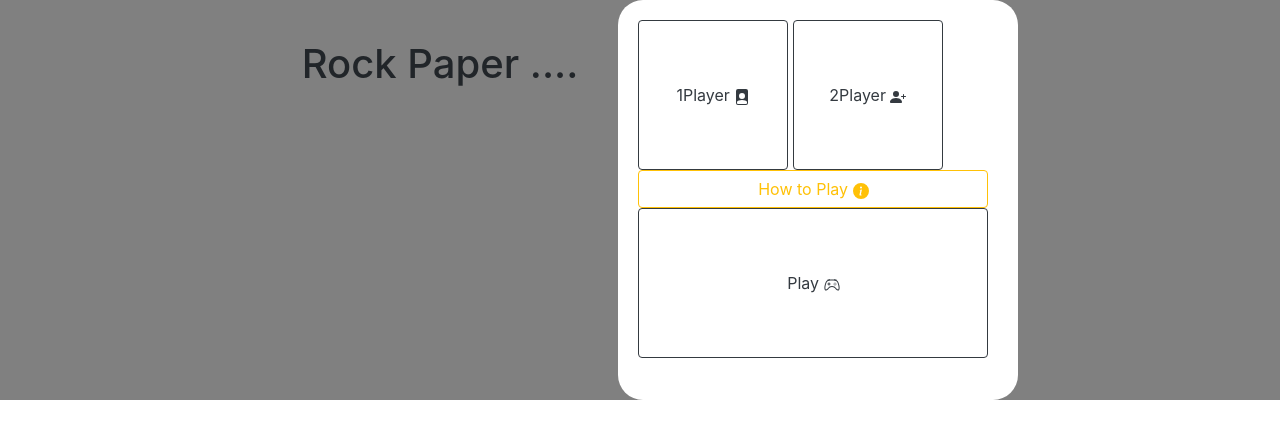
Repository: hossamsulleman1/Colllege-rock-paper-game
Page: index.html
These files come from the project's save history. The page is drawn as it stood at one moment and after the next save; the edit follows.
The browser window is 1280 px wide. The pictures show the whole page.

Above is the page before, as saved 2020-09-15 10:47:40.
Console error: SyntaxError: Unexpected token '<'

### index.html
<!DOCTYPE html>
<html lang="en">
<head>
    <script src="index.js"></script>
    <link rel="stylesheet" href="index.css">

    <meta charset="UTF-8">
    <meta name="viewport" content="width=device-width, initial-scale=1.0">
    <title>Rock Paper...</title>
</head>
<body>
   <div class="wall">
      <h1 style="padding: 40px; text-align: center;">Rock Paper .... </h1>
    <div class="mainCard">
<button style="height: 150px; width: 150px; padding: 20px;" class="btn btn-outline-dark">
    1Player
    <svg width="1em" height="1em" viewBox="0 0 16 16" class="bi bi-file-person-fill" fill="currentColor" xmlns="http://www.w3.org/2000/svg">
        <path fill-rule="evenodd" d="M12 0H4a2 2 0 0 0-2 2v12a2 2 0 0 0 2 2h8a2 2 0 0 0 2-2V2a2 2 0 0 0-2-2zm-1 7a3 3 0 1 1-6 0 3 3 0 0 1 6 0zm-3 4c2.623 0 4.146.826 5 1.755V14a1 1 0 0 1-1 1H4a1 1 0 0 1-1-1v-1.245C3.854 11.825 5.377 11 8 11z"/>
      </svg>
</button>
<button style="height: 150px; width: 150px; padding: 20px;"class="btn btn-outline-dark">
    2Player
    <svg width="1em" height="1em" viewBox="0 0 16 16" class="bi bi-person-plus-fill" fill="currentColor" xmlns="http://www.w3.org/2000/svg">
        <path fill-rule="evenodd" d="M1 14s-1 0-1-1 1-4 6-4 6 3 6 4-1 1-1 1H1zm5-6a3 3 0 1 0 0-6 3 3 0 0 0 0 6zm7.5-3a.5.5 0 0 1 .5.5V7h1.5a.5.5 0 0 1 0 1H14v1.5a.5.5 0 0 1-1 0V8h-1.5a.5.5 0 0 1 0-1H13V5.5a.5.5 0 0 1 .5-.5z"/>
      </svg>
</button>
<br>
<button style="width: 350px;" class="btn btn-outline-warning" onclick="howToPlay()">
    How to Play
    <svg width="1em" height="1em" viewBox="0 0 16 16" class="bi bi-info-circle-fill" fill="currentColor" xmlns="http://www.w3.org/2000/svg">
        <path fill-rule="evenodd" d="M8 16A8 8 0 1 0 8 0a8 8 0 0 0 0 16zm.93-9.412l-2.29.287-.082.38.45.083c.294.07.352.176.288.469l-.738 3.468c-.194.897.105 1.319.808 1.319.545 0 1.178-.252 1.465-.598l.088-.416c-.2.176-.492.246-.686.246-.275 0-.375-.193-.304-.533L8.93 6.588zM8 5.5a1 1 0 1 0 0-2 1 1 0 0 0 0 2z"/>
      </svg>
</button>
<br>
<button style="width: 350px; height: 150px;" class="btn btn-outline-dark" onclick="goToGame()">
    Play
    <svg width="1em" height="1em" viewBox="0 0 16 16" class="bi bi-controller" fill="currentColor" xmlns="http://www.w3.org/2000/svg">
        <path fill-rule="evenodd" d="M11.119 2.693c.904.19 1.75.495 2.235.98.407.408.779 1.05 1.094 1.772.32.733.599 1.591.805 2.466.206.875.34 1.78.364 2.606.024.815-.059 1.602-.328 2.21a1.42 1.42 0 0 1-1.445.83c-.636-.067-1.115-.394-1.513-.773a11.307 11.307 0 0 1-.739-.809c-.126-.147-.25-.291-.368-.422-.728-.804-1.597-1.527-3.224-1.527-1.627 0-2.496.723-3.224 1.527-.119.131-.242.275-.368.422-.243.283-.494.576-.739.81-.398.378-.877.705-1.513.772a1.42 1.42 0 0 1-1.445-.83c-.27-.608-.352-1.395-.329-2.21.024-.826.16-1.73.365-2.606.206-.875.486-1.733.805-2.466.315-.722.687-1.364 1.094-1.772.486-.485 1.331-.79 2.235-.98.932-.196 2.03-.292 3.119-.292 1.089 0 2.187.096 3.119.292zm-6.032.979c-.877.185-1.469.443-1.733.708-.276.276-.587.783-.885 1.465a13.748 13.748 0 0 0-.748 2.295 12.351 12.351 0 0 0-.339 2.406c-.022.755.062 1.368.243 1.776a.42.42 0 0 0 .426.24c.327-.034.61-.199.929-.502.212-.202.4-.423.615-.674.133-.156.276-.323.44-.505C4.861 9.97 5.978 9.026 8 9.026s3.139.943 3.965 1.855c.164.182.307.35.44.505.214.25.403.472.615.674.318.303.601.468.929.503a.42.42 0 0 0 .426-.241c.18-.408.265-1.02.243-1.776a12.354 12.354 0 0 0-.339-2.406 13.753 13.753 0 0 0-.748-2.295c-.298-.682-.61-1.19-.885-1.465-.264-.265-.856-.523-1.733-.708-.85-.179-1.877-.27-2.913-.27-1.036 0-2.063.091-2.913.27z"/>
        <path d="M11.5 6.026a.5.5 0 1 1-1 0 .5.5 0 0 1 1 0zm-1 1a.5.5 0 1 1-1 0 .5.5 0 0 1 1 0zm2 0a.5.5 0 1 1-1 0 .5.5 0 0 1 1 0zm-1 1a.5.5 0 1 1-1 0 .5.5 0 0 1 1 0zm-7-2.5h1v3h-1v-3z"/>
        <path d="M3.5 6.526h3v1h-3v-1zM3.051 3.26a.5.5 0 0 1 .354-.613l1.932-.518a.5.5 0 0 1 .258.966l-1.932.518a.5.5 0 0 1-.612-.354zm9.976 0a.5.5 0 0 0-.353-.613l-1.932-.518a.5.5 0 1 0-.259.966l1.932.518a.5.5 0 0 0 .612-.354z"/>
      </svg>
</button>

</div>

   </div>


<!-- scripts -->
<!-- CSS only -->
<link rel="stylesheet" href="https://stackpath.bootstrapcdn.com/bootstrap/4.5.2/css/bootstrap.min.css" integrity="sha384-JcKb8q3iqJ61gNV9KGb8thSsNjpSL0n8PARn9HuZOnIxN0hoP+VmmDGMN5t9UJ0Z" crossorigin="anonymous">

<!-- JS, Popper.js, and jQuery -->
<script src="https://code.jquery.com/jquery-3.5.1.slim.min.js" integrity="sha384-DfXdz2htPH0lsSSs5nCTpuj/zy4C+OGpamoFVy38MVBnE+IbbVYUew+OrCXaRkfj" crossorigin="anonymous"></script>
<script src="https://cdn.jsdelivr.net/npm/popper.js@1.16.1/dist/umd/popper.min.js" integrity="sha384-9/reFTGAW83EW2RDu2S0VKaIzap3H66lZH81PoYlFhbGU+6BZp6G7niu735Sk7lN" crossorigin="anonymous"></script>
<script src="https://stackpath.bootstrapcdn.com/bootstrap/4.5.2/js/bootstrap.min.js" integrity="sha384-B4gt1jrGC7Jh4AgTPSdUtOBvfO8shuf57BaghqFfPlYxofvL8/KUEfYiJOMMV+rV" crossorigin="anonymous"></script>

</body>
</html>

### index.js
var randomNumber = null;
var P1Selection = null;
var P2Selection = null;
var compSelection = null;
var compSelectionSVG = null;
var outcome = null;

const Rock = 1;
const Paper = 2;
const Scissors = 3;

function randomNumberGen() {
   randomNumber = Math.ceil(Math.random() * 3);
compSelection = randomNumber;
console.log(compSelection + "comp Selection");
}

function howToPlay(){
 alert("click either rock paper or ... and confirm your selection once this is completed the second user will be able to place their selection then rumble!");
}


function compSelectionSvg() {
    if (compSelection = 1 ) {
        document.getElementById("mainCard").innerHTML =
        <div>
   <h1>Rocky Bot Chose</h1>
        <svg width="1em" height="1em" viewBox="0 0 16 16" class="bi bi-award-fill" fill="currentColor" xmlns="http://www.w3.org/2000/svg">
  <path d="M8 0l1.669.864 1.858.282.842 1.68 1.337 1.32L13.4 6l.306 1.854-1.337 1.32-.842 1.68-1.858.282L8 12l-1.669-.864-1.858-.282-.842-1.68-1.337-1.32L2.6 6l-.306-1.854 1.337-1.32.842-1.68L6.331.864 8 0z"/>
  <path d="M4 11.794V16l4-1 4 1v-4.206l-2.018.306L8 13.126 6.018 12.1 4 11.794z"/>
</svg>
        <p>you......</p>
        <h1 id="Win/Lose"></h1>
        </div>

        ;

    }
    if (compSelection = 2 ) {
        document.getElementById("mainCard").innerHTML =
        <div>
    <h1>Rocky Bot Chose</h1>
        <svg width="1em" height="1em" viewBox="0 0 16 16" class="bi bi-box-seam" fill="currentColor" xmlns="http://www.w3.org/2000/svg">
  <path fill-rule="evenodd" d="M8.186 1.113a.5.5 0 0 0-.372 0L1.846 3.5l2.404.961L10.404 2l-2.218-.887zm3.564 1.426L5.596 5 8 5.961 14.154 3.5l-2.404-.961zm3.25 1.7l-6.5 2.6v7.922l6.5-2.6V4.24zM7.5 14.762V6.838L1 4.239v7.923l6.5 2.6zM7.443.184a1.5 1.5 0 0 1 1.114 0l7.129 2.852A.5.5 0 0 1 16 3.5v8.662a1 1 0 0 1-.629.928l-7.185 2.874a.5.5 0 0 1-.372 0L.63 13.09a1 1 0 0 1-.63-.928V3.5a.5.5 0 0 1 .314-.464L7.443.184z"/>
</svg>

        <p>you......</p>
        <h1 id="Win/Lose"></h1>
        </div>

        ;

    }
    if (compSelection = 3 ) {
        document.getElementById("mainCard").innerHTML =
        <div>
        <h1>Rocky Bot Chose</h1>
        <svg width="1em" height="1em" viewBox="0 0 16 16" class="bi bi-scissors" fill="currentColor" xmlns="http://www.w3.org/2000/svg">
  <path fill-rule="evenodd" d="M3.5 3.5c-.614-.884-.074-1.962.858-2.5L8 7.226 11.642 1c.932.538 1.472 1.616.858 2.5L8.81 8.61l1.556 2.661a2.5 2.5 0 1 1-.794.637L8 9.73l-1.572 2.177a2.5 2.5 0 1 1-.794-.637L7.19 8.61 3.5 3.5zm2.5 10a1.5 1.5 0 1 1-3 0 1.5 1.5 0 0 1 3 0zm7 0a1.5 1.5 0 1 1-3 0 1.5 1.5 0 0 1 3 0z"/>
</svg>
        <p>you......</p>
        <h1 id="Win/Lose"></h1>
        </div>

        ;

    }
    Calculation()
document.getElementById("Win/Loss").innerText = outcome;

}

function itemHierarchy(){



}

function goToGame() {
    window.location.replace("game.html");
}


function RockP1() {
    P1Selection = Rock
    console.log(P1Selection)
}

function PaperP1(){
    P1Selection = Paper
    console.log(P1Selection)
}

function  ScissorsP1() {
    P1Selection = Scissors
    console.log(P1Selection)
}

function Calculation() {

}

### index.css
.mainCard {
    border-radius: 25px;
    background: white;
    padding: 20px;
    width: 400px;
    height: 400px;


}

.wall {
    background-color: grey;
    display: flex;
    justify-content: center;
    height: auto;
    width: auto;
}

After the next save:
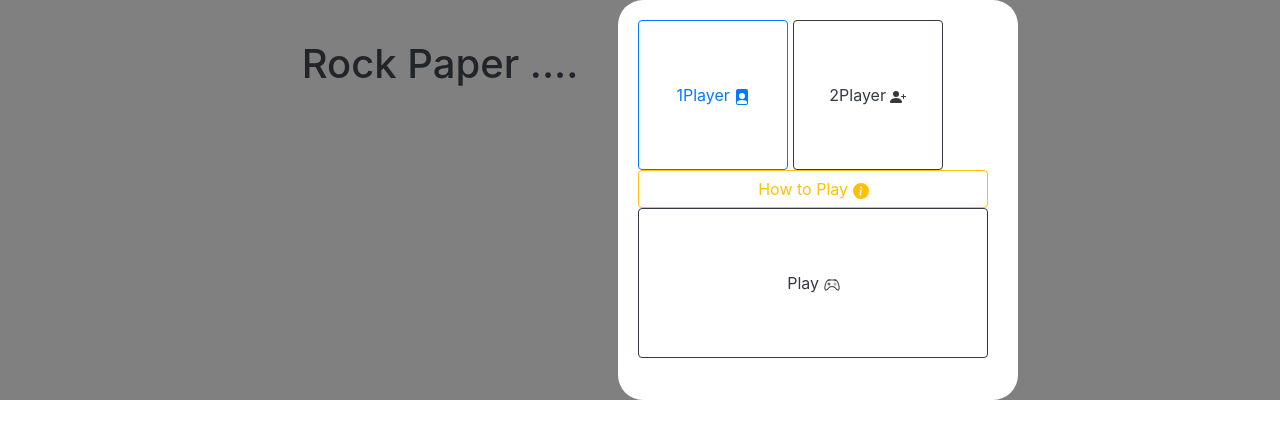
Saved 18 s later.
--- a/index.html
+++ b/index.html
@@ -12,7 +12,7 @@
    <div class="wall">
       <h1 style="padding: 40px; text-align: center;">Rock Paper .... </h1>
     <div class="mainCard">
-<button style="height: 150px; width: 150px; padding: 20px;" class="btn btn-outline-dark">
+<button style="height: 150px; width: 150px; padding: 20px;" class="btn btn-outline-primary">
     1Player
     <svg width="1em" height="1em" viewBox="0 0 16 16" class="bi bi-file-person-fill" fill="currentColor" xmlns="http://www.w3.org/2000/svg">
         <path fill-rule="evenodd" d="M12 0H4a2 2 0 0 0-2 2v12a2 2 0 0 0 2 2h8a2 2 0 0 0 2-2V2a2 2 0 0 0-2-2zm-1 7a3 3 0 1 1-6 0 3 3 0 0 1 6 0zm-3 4c2.623 0 4.146.826 5 1.755V14a1 1 0 0 1-1 1H4a1 1 0 0 1-1-1v-1.245C3.854 11.825 5.377 11 8 11z"/>
